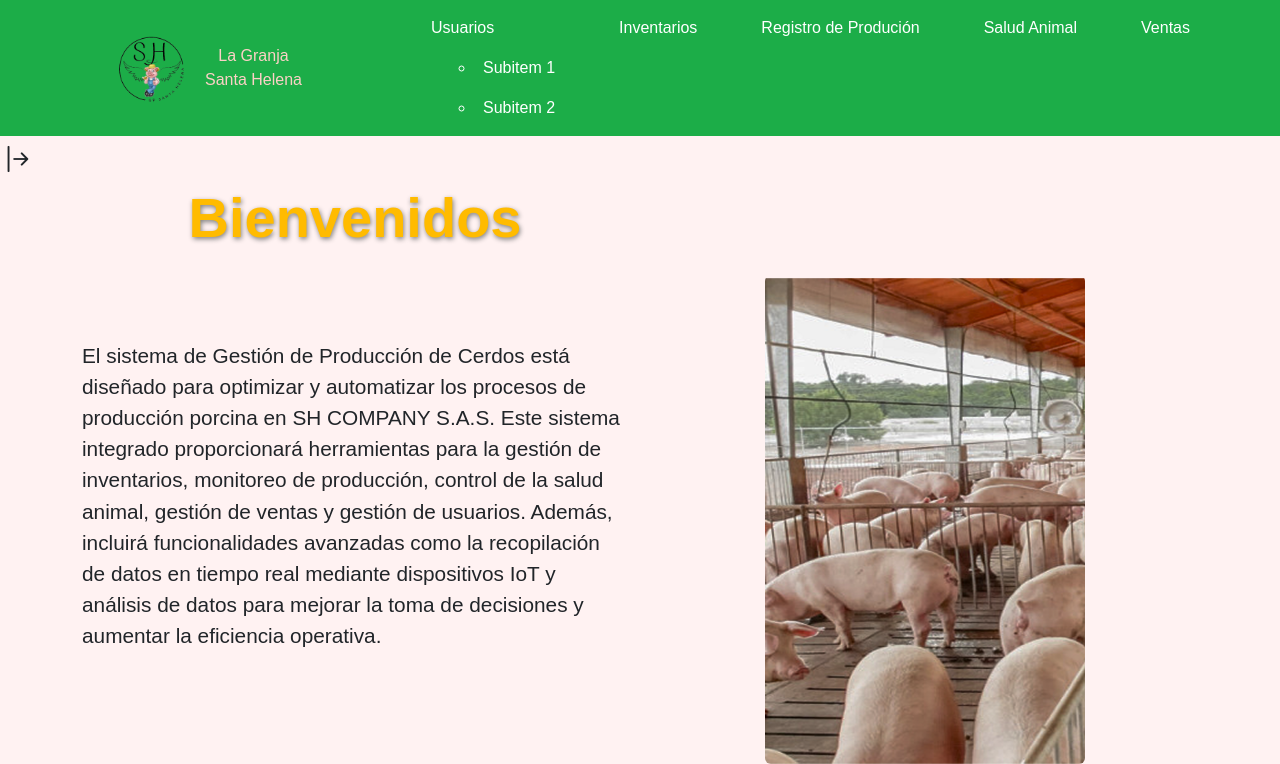
Repository: Mateojimenezz/Granja-Santa-Helena
Page: paginaDeInicio.html
These files come from the project's save history. The page is drawn as it stood at one moment and after the next save; the edit follows.
The browser window is 1280 px wide. The pictures show the whole page.
Some web fonts or font styles are not loaded; a fallback is used.

Above is the page before, as saved 2025-03-31 15:59:49.

### paginaDeInicio.html
<!DOCTYPE html>
<html lang="es">
<head>
    <meta charset="UTF-8">
    <meta name="viewport" content="width=device-width, initial-scale=1.0">
    <title>La Granja</title>
    <link href="https://cdn.jsdelivr.net/npm/bootstrap@5.3.3/dist/css/bootstrap.min.css" rel="stylesheet" integrity="sha384-QWTKZyjpPEjISv5WaRU9OFeRpok6YctnYmDr5pNlyT2bRjXh0JMhjY6hW+ALEwIH" crossorigin="anonymous">

    <link rel="stylesheet" href="./assets/css/index.css">
    <link rel="stylesheet" href="./assets/css/paginaDeInicio.css">
    <link rel="stylesheet" href="https://cdn.jsdelivr.net/npm/bootstrap-icons@1.11.3/font/bootstrap-icons.min.css">
    <link href="https://fonts.googleapis.com/css2?family=Calistoga&display=swap" rel="stylesheet">

  </head>
<body>
  <header class="header sticky-top d-flex  align-items-center ">
    <div class="container d-flex  align-items-center justify-content-between ">
      <div class="logo">
        <img  src="./assets/img/logo.png" width="90" alt="Logo">
        <span>La Granja <br> Santa Helena</span>
      </div>
      <nav class="navbar navbar-expand-lg ">
        <button class="navbar-toggler toggler-focus text-white" type="button" data-bs-toggle="collapse" data-bs-target="#menu" aria-controls="menu" aria-expanded="false" aria-label="Toggle navigation">
          <span class="navbar-toggler-icon"></span>
        </button>
        <div class="collapse navbar-collapse" id="menu">
          <ul class="navbar-nav ms-auto    gap-md-3 gap-lg-5">
            <li class="nav-item"><a class="nav-link" href="#" >Usuarios</a>
              <ul class="submenu">
                <li><a class="nav-link" href="#">Subitem 1</a></li>
                <li><a class="nav-link" href="#">Subitem 2</a></li>
              </ul>
            </li>
            <li class="nav-item"><a class="nav-link" href="#">Inventarios</a></li>
            <li class="nav-item"><a class="nav-link" href="#">Registro de Produción</a></li>
            <li class="nav-item"><a class="nav-link" href="#">Salud Animal</a></li>
            <li class="nav-item"><a class="nav-link" href="#">Ventas</a></li>
          </ul>
        </div>
        </div>
      </nav>
    </div>
  </header>
  <button id="toggleMenu" class="d-none d-sm-none d-md-block  btn  position-fixed  btn-MenuLateralAbrir ">
    <span><i class="bi bi-arrow-bar-right"></i></span>
  </button>
  <!-- Menú lateral -->
  <div id="sidebar" class=" border-end vh-100 position-fixed start-0 p-3  ">
    <button id="closeMenu" class="btn  mb-1 btn-MenuLateralCerrar">
      <span><i class="bi bi-arrow-bar-left"></i></span>
    </button>
    <ul class="nav flex-column">
      <li class="nav-item">
        <a class="nav-link" href="#" data-target="menu-usuarios">Usuarios</a>
      </li>
      <li class="nav-item">
        <a class="nav-link" href="#" data-target="menu-inventario">Inventario</a>
      </li>
      <!-- Agrega más elementos aquí -->
    </ul>
  </div>
  <main class="container">
    <!-- Sección 1 -->
    <section class="row seccion-1">
      <article class="col-12 col-lg-6 d-flex justify-content-center align-items-center mt-5 mb-2">
        <h1 >Bienvenidos</h1>
      </article>
    </section>
    <!-- Sección 2 -->
    <section class="row seccion-2 -gap-10 mt-2">
      <article class="d-flex flex-column align-items-center justify-content-center col-12 col-lg-6 ">
        <p class="text-justify mb-5">
          El sistema de Gestión de Producción de Cerdos está diseñado para optimizar y automatizar
          los procesos de producción porcina en SH COMPANY S.A.S. Este sistema integrado proporcionará herramientas
          para la gestión de inventarios, monitoreo de producción, control de la salud animal, gestión de ventas y gestión de usuarios.
          Además, incluirá funcionalidades avanzadas como la recopilación de datos en tiempo real mediante dispositivos IoT y análisis de datos
          para mejorar la toma de decisiones y aumentar la eficiencia operativa.
        </p>
      </article>
      <!-- Imagen -->
      <article class="col-12 col-lg-6 d-flex justify-content-center align-items-center ">
        <img
          src="assets/img/Upload-5a8315b810a15-13022018 1.png"  width="320" height="200"
          class="img-fluid rounded"
          alt="Fotografía de la granja"
        />
      </article>
    </section>
  </main>










  <!-- bootstrap JS -->
  <script src="https://cdn.jsdelivr.net/npm/bootstrap@5.3.3/dist/js/bootstrap.bundle.min.js" integrity="sha384-YvpcrYf0tY3lHB60NNkmXc5s9fDVZLESaAA55NDzOxhy9GkcIdslK1eN7N6jIeHz" crossorigin="anonymous"></script>
  <script src="./assets/js/menu.js"></script>
  <script src="./assets/js/menuLateral.js"></script>
  <script src="./assets/js/submenu.js"></script>

</body>

</html>

### assets/css/index.css
@import "./variables.css";

/* === General === */
body {
  margin: 0;
  font-family: var(--font-principal);
  background-color: var(--color-FondoDiv2);
}

/* === Header === */
.header {
  background-color: var(--color-principal);
  color: var(--color-texto);
  font-size: 1rem;
}

.logo {
  display: flex;
  align-items: center;
  gap: 0.5rem;
  color: #FCD1C6;
  text-align: center;
  margin-left: 25px;
}

/* === Botón Ingresar === */
.ingresar,
.ingresar1 {
  color: white !important;
  cursor: pointer;
  display: flex;
  align-items: center;
  gap: 10px;
}

.ingresar {
  margin-left: 110px;
  margin-right: 100px;
}

.ingresar h5:hover,
.ingresar1 h5:hover {
  color: var(--color-fondoDiv);
}

/* === Navbar === */
.navar-nav {
  justify-content: center;
}

.nav-link {
  position: relative;
  color: white;
  text-decoration: none;
  padding: 0.5rem;
  transition: color 0.3s ease-in-out;
}
.nav-link:active{
  color: red;
}

.nav-link::after {
  content: '';
  position: absolute;
  left: 15px;
  bottom: 0;
  width: 0;
  height: 2px;
  background-color: var(--color-FondoDiv2);
  transition: width 0.3s ease-in-out;
}

.nav-link:hover {
  color: var(--color-fondoDiv);
}

.nav-link:hover::after {
  width: 75%;
}

/* === Sección 1 - Imagen Principal === */
.imagen1 {
  width: 100%;
  height: 500px;
  object-fit: cover;
}

.titulo1 {
  position: absolute;
  top: 50%;
  left: 50%;
  transform: translate(-50%, -50%);
  color: white;
  font-size: 4rem;
  font-weight: bold;
  text-shadow: 2px 2px 5px var(--color-principal);
  text-align: center;
}

/* === Sección 3 === */
.seccion-3 {
  background-color: var(--color-fondoDiv);
}

/* === Footer === */
.footer {
  background-color: var(--color-Footter);
  padding-left: 50px;
  padding-bottom: 0px;
  margin-bottom: -50px;
}

.Logofooter {
  max-width: 250px;
  margin-right: 50px;
}

/* === Responsividad === */
@media (max-width: 991px) {

  /* Ajustes en dispositivos pequeños */
  .logo {
    margin-left: -10px;
  }

  .navbar-toggler {
    border: none !important;
  }

  .navbar-toggler:focus,
  .navbar-toggler:active,
  .navbar-toggler:hover {
    outline: none !important;
    box-shadow: 0 0 10px #F8E91C !important;
  }

  /* Ocultar ingresar en pantallas pequeñas y mostrar ingresar1 */
  .ingresar {
    display: none;
  }

  .ingresar1 {
    display: flex;
  }

  .ingresar1 .bi {
    padding-top: 5px;
  }
}

### assets/css/paginaDeInicio.css
#sidebar {
  display: none;
  transition: all 0.3s ease; /* Animación opcional */
  background-color: var(--color-menu-lateral);
  width: 250px;
}

#sidebar.open {
  display: block;
}
.btn-MenuLateralAbrir{
  margin-top: -5px;
  margin-left: -10px;
  font-size: 30px;
  font-weight: 700;
  border:none;

}

.btn-MenuLateralCerrar{
  margin-top: -20px;
  margin-left: 190px;
  font-size: 25px;
  border:none;
}
.seccion-1 h1{
    font-family: var(--font-principal);
    color:  #FFBB00;
    font-size: 3.5em;
    font-weight: bold;
    text-shadow: gray 1px 2px 5px;

}
.seccion-2{
  font-size: 1.3em;
  font-family: Arial;
}
/* Ocultar los submenús inicialmente */
.submenu {
  display: none;
}

@media (max-width: 991px) { /* Para pantallas menores a md */
  #sidebar {
    display: none !important; /* Oculta el menú lateral */
  }
  #toggleMenu, #closeMenu {
    display: none !important; /* Oculta los botones asociados */
  }
}
 .submenu {
    display: block; /* Submenús siempre visibles */
  }

  .submenu {
    margin-left: 20px; /* Ajustar posición dentro del menú lateral */
  }
  .nav-item.active .submenu {
    display: block;
  }

### assets/js/menu.js
document.addEventListener("DOMContentLoaded", function () {
    const menuToggle = document.querySelector(".navbar-toggler");
    const logo = document.querySelector(".logo");
    const menu = document.getElementById("menu");

    menuToggle.addEventListener("click", function () {
      const isMenuOpen = menu.classList.contains("show");

      if (isMenuOpen) {
        // Cuando el menú está abierto, restauramos el logo
        logo.style.display = "flex";
      } else {
        // Cuando el menú está cerrado, ocultamos el logo
        logo.style.display = "none";
      }
    });

    // Detectar cuando el usuario cierra el menú automáticamente
    menu.addEventListener("hidden.bs.collapse", function () {
      logo.style.display = "flex";
    });
  });

### assets/js/menuLateral.js
document.addEventListener("DOMContentLoaded", function () {
  const toggleMenu = document.getElementById("toggleMenu");
  const closeMenu = document.getElementById("closeMenu");
  const sidebar = document.getElementById("sidebar");
  const mainContent = document.querySelector("main"); // Selecciona el contenido principal
  const navLinks = document.querySelectorAll(".navbar-nav .nav-link"); // Selecciona los enlaces del menú superior

  // Función que verifica si la pantalla es grande
  function isLargeScreen() {
    return window.innerWidth >= 768; // Define pantallas grandes (md o más)
  }

  // Mostrar/ocultar el menú solo si la pantalla es grande
  if (isLargeScreen()) {
    toggleMenu.addEventListener("click", function () {
      if (sidebar.style.display === "none" || sidebar.style.display === "") {
        sidebar.style.display = "block"; // Muestra el menú lateral
        mainContent.style.marginLeft = "270px"; // Desplaza el contenido hacia la derecha
      } else {
        sidebar.style.display = "none"; // Oculta el menú lateral
        mainContent.style.marginLeft = "220px"; // Restaura el contenido al margen original
      }
    });

    closeMenu.addEventListener("click", function () {
      sidebar.style.display = "none"; // Oculta el menú lateral
      mainContent.style.marginLeft = "220px"; // Restaura el contenido al margen original
    });

    // Funcionalidad para los ítems del menú superior
    navLinks.forEach(link => {
      link.addEventListener("click", function (e) {
        e.preventDefault(); // Evita el comportamiento predeterminado del enlace

        if (sidebar.style.display === "block") {
          sidebar.style.display = "none"; // Oculta el menú lateral
          mainContent.style.marginLeft = "20px"; // Restaura el contenido al margen original
        } else {
          sidebar.style.display = "block"; // Despliega el menú lateral
          mainContent.style.marginLeft = "270px"; // Desplaza el contenido principal
        }
      });
    });
  }

  // Opcional: ocultar el menú inmediatamente si el usuario redimensiona a una pantalla pequeña
  window.addEventListener("resize", function () {
    if (!isLargeScreen()) {
      sidebar.style.display = "none"; // Oculta el menú lateral
      mainContent.style.marginLeft = "0"; // Restaura el contenido al margen original
    }
  });
});

### assets/js/submenu.js
document.addEventListener("DOMContentLoaded", function () {
    const menuItems = document.querySelectorAll(".nav-item"); // Ítems principales del menú

    function isLargeScreen() {
      return window.innerWidth >= 768; // Pantallas grandes
    }

    // Funcionalidad para mostrar los submenús según la pantalla
    menuItems.forEach(item => {
      const submenu = item.querySelector(".submenu");

      if (submenu) {
        if (isLargeScreen()) {
          // Mostrar automáticamente los submenús en pantallas grandes
          submenu.style.display = "block"; // Submenús visibles en el lateral
        } else {
          // Pantallas pequeñas: Mostrar submenús al hacer clic
          item.addEventListener("click", () => {
            item.classList.toggle("active"); // Alternar clase activa
            submenu.style.display = submenu.style.display === "block" ? "none" : "block";
          });
        }
      }
    });

    // Redimensionar: Ajustar los estilos al cambiar el tamaño de la ventana
    window.addEventListener("resize", function () {
      menuItems.forEach(item => {
        const submenu = item.querySelector(".submenu");
        if (submenu) {
          if (isLargeScreen()) {
            submenu.style.display = "block"; // Pantalla grande: Siempre visible
          } else {
            submenu.style.display = "none"; // Pantalla pequeña: Ocultar por defecto
          }
        }
      });
    });
  });

### assets/css/variables.css
/* variables.css */
:root {
    --color-principal: #1CAD48 ;
    --color-Botones: rgba(255, 187, 0, 0.47);
    --color-texto: white;
    --color-fondo: #f5f5f5;
    --font-principal: 'calistoga','arial';
    --color-fondoDiv: #F8E91C;
    --color-FondoDiv2:#FFF2F2;
    --color-Footter: #D9D9D9;
    --letra-gris: #B0B0B7;
    --color-menu-lateral:#BDEAAD;
  }

After the next save:
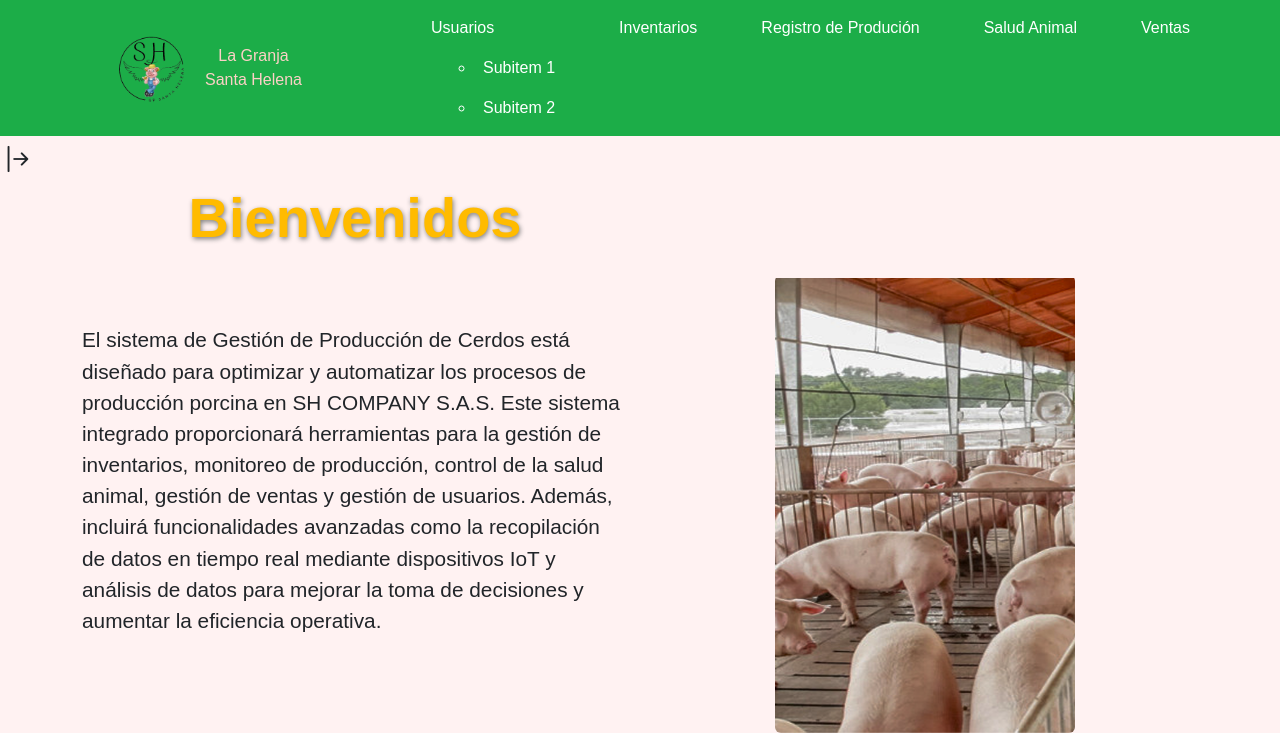
Saved 11 s later.
--- a/paginaDeInicio.html
+++ b/paginaDeInicio.html
@@ -80,7 +80,7 @@
       <!-- Imagen -->
       <article class="col-12 col-lg-6 d-flex justify-content-center align-items-center ">
         <img
-          src="assets/img/Upload-5a8315b810a15-13022018 1.png"  width="320" height="200"
+          src="assets/img/Upload-5a8315b810a15-13022018 1.png"  width="300" height="200"
           class="img-fluid rounded"
           alt="Fotografía de la granja"
         />
